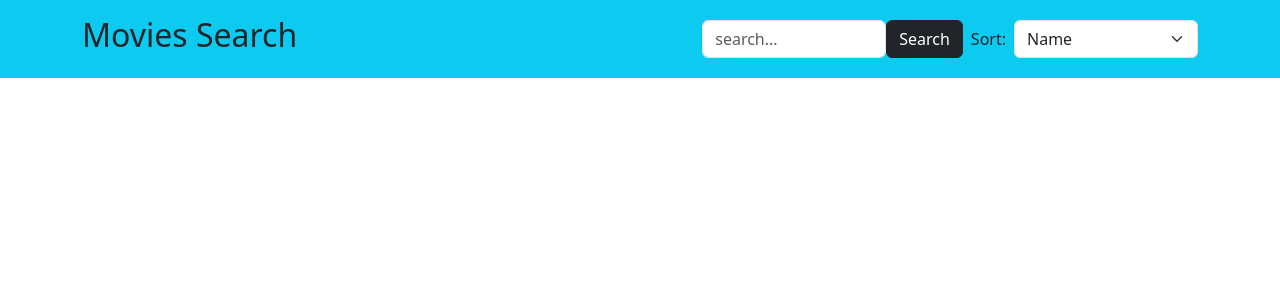
Repository: saargold/reactTest
Page: /movies
An editor plug-in stored every save of this project. The page is shown before and after the next save, followed by the edit.
The browser window is 1280 px wide. The pictures show the whole page.
The page's requests for data from a server got no answer. The project was rebuilt for these pictures with package versions that can differ from the ones it lists, and the page was loaded fresh each time. A package was used in the major version that the imports need, not the one package.json lists. No one was signed in, and anything a server would have sent is missing. Also part of the build but not shown: src/App.css, src/api/Apicomp.js, src/components/MovieList.js, src/components/Gallery.js, src/components/About.js, src/components/Home.js, src/data/Vip.js, src/components/VipList.js and 1 more.

Above is the page before, as saved 2022-09-07 15:23:16.

After the next save:
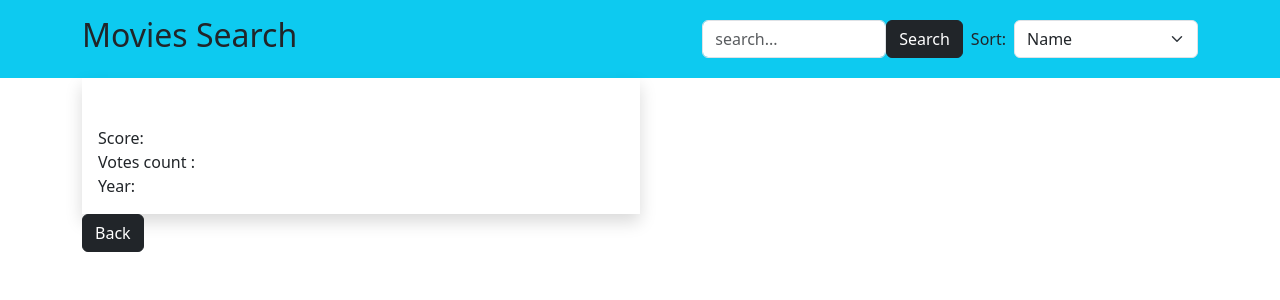
Saved 43 h 31 min later.
--- a/src/components/AppMovies.js
+++ b/src/components/AppMovies.js
@@ -40,6 +40,7 @@ function AppMovies() {
       </div>
     }/>
       <Route exact path="/info/:id" component={MovieInfo}/>
+      <Route exact path="/*" component={MovieInfo}/>
 
       </Switch>
 
